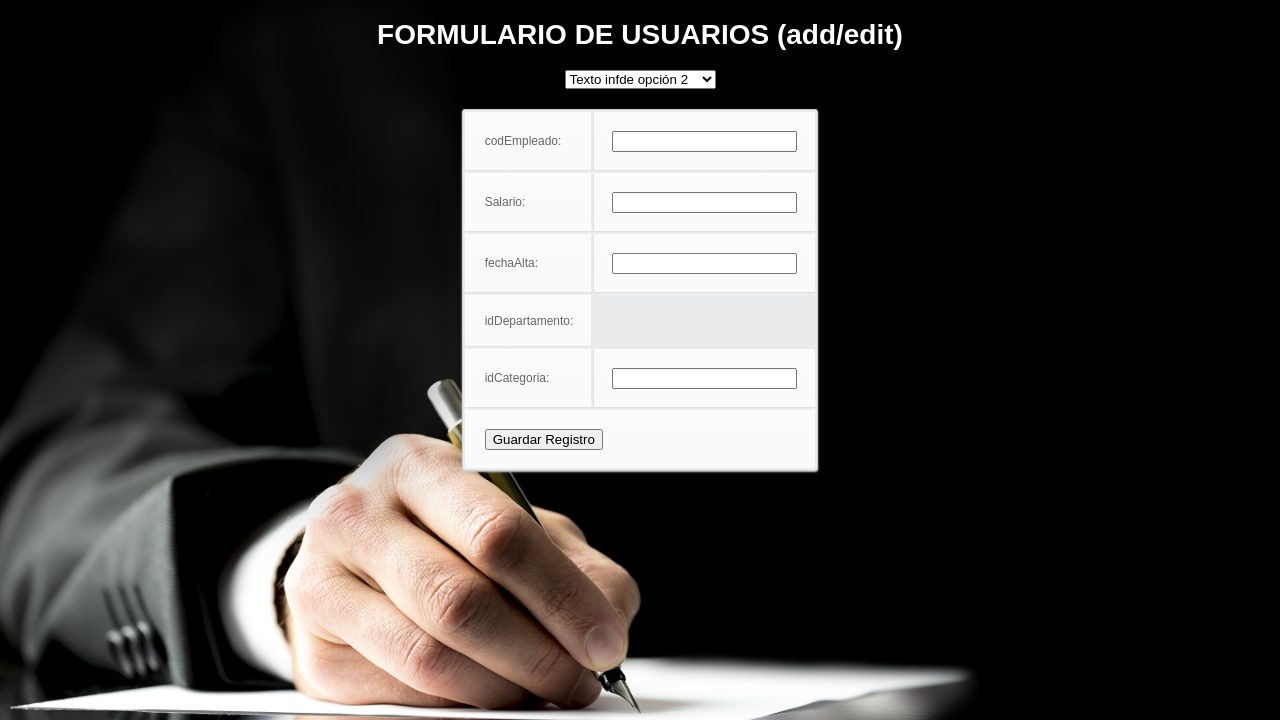
Repository: Sirfernandisco/ProyectoAgenda
Page: http://localhost/PorFinAgenda/WEB-INF/view/darAlta.jsp
The author's editor kept a copy of each file at every save. The page is drawn from the files as they stood at one save, then again after the next save.
The browser window is 1280 px wide. The pictures show the whole page.
The page is served by Tomcat 9. Nobody is signed in. The template is opened directly, without the code that normally fills it, so the values that code supplies are empty.

Above is the page before, as saved 2018-06-07 15:03:13.

After the next save:
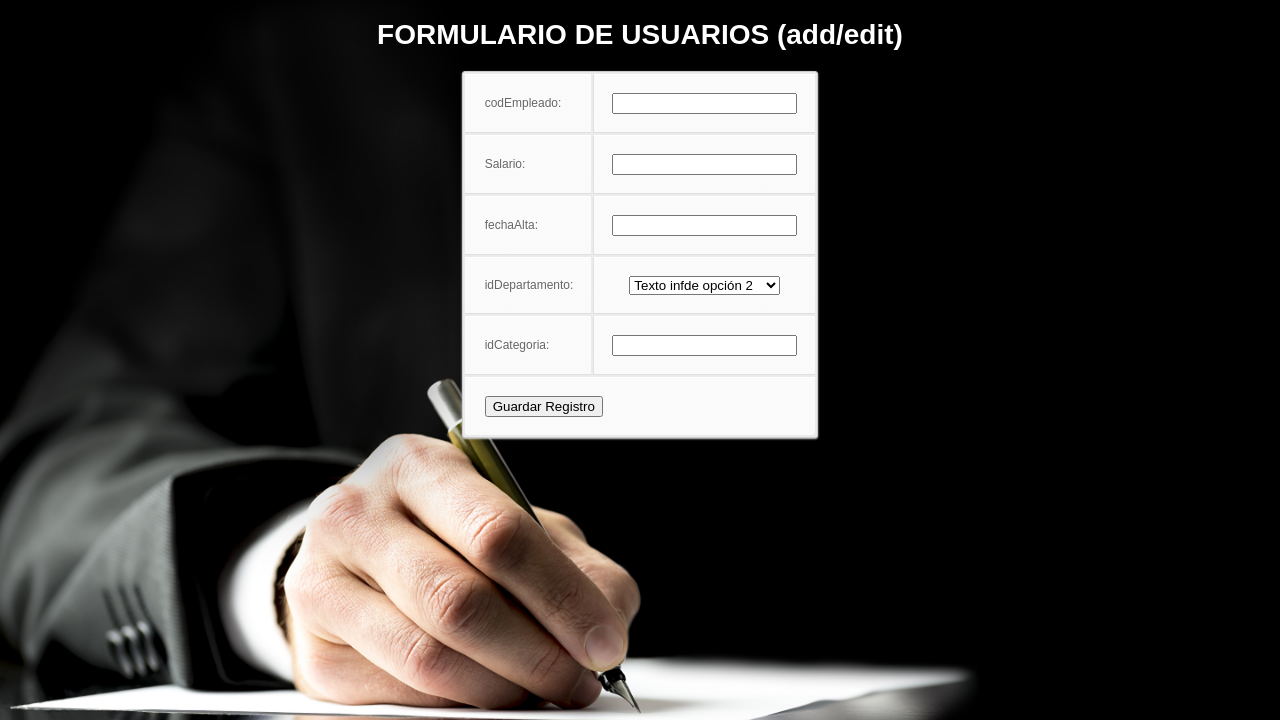
Saved 18 s later.
--- a/PorFinAgenda/src/main/webapp/WEB-INF/view/darAlta.jsp
+++ b/PorFinAgenda/src/main/webapp/WEB-INF/view/darAlta.jsp
@@ -30,12 +30,12 @@
 				<tr>
 					<td>idDepartamento:</td>
 					<%-- 					<td><form:input path="departamentos.iddepartamento" /></td> --%>
-					<select name="departamentos.iddepartamento">
+					<td><select name="departamentos.iddepartamento">
 						<option value="1">Texto de rrhhopción 1</option>
 						<option value="2" selected>Texto infde opción 2</option>
 						<option value="3">Texto delogopción 3</option>
 						<option value="4">Texto dedir opción 4</option>
-					</select>
+					</select></td>
 				</tr>
 				<tr>
 					<td>idCategoria:</td>
